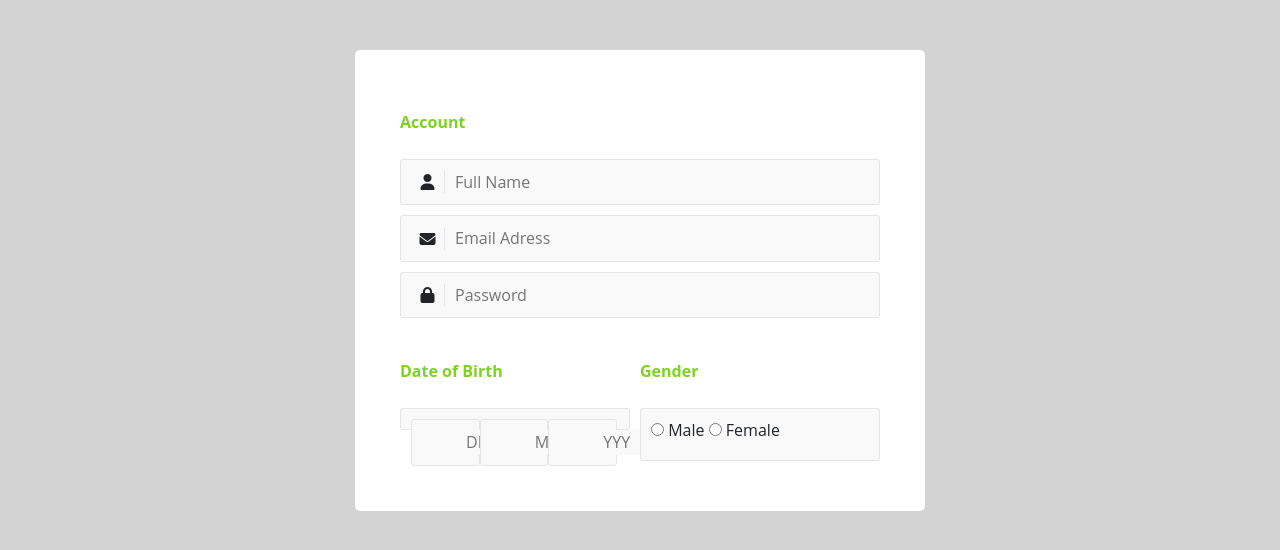
Repository: letrongtinh27/LapTrinhWeb
Page: Payment/index.html
An editor plug-in stored every save of this project. The page is shown before and after the next save, followed by the edit.
The browser window is 1280 px wide. The pictures show the whole page.

Above is the page before, as saved 2022-10-11 21:19:49.

### Payment/index.html
<!DOCTYPE html>
<html lang="en">
<head>
    <meta charset="UTF-8">
    <meta http-equiv="X-UA-Compatible" content="IE=edge">
    <meta name="viewport" content="width=device-width, initial-scale=1.0">
    <title>Document</title>
    <link rel="stylesheet" href="./reset.css">
    <link rel="stylesheet" href="./style.css">
    <link rel="stylesheet" href="https://cdn.jsdelivr.net/npm/bootstrap@4.3.1/dist/css/bootstrap.min.css" integrity="sha384-ggOyR0iXCbMQv3Xipma34MD+dH/1fQ784/j6cY/iJTQUOhcWr7x9JvoRxT2MZw1T" crossorigin="anonymous">
    <link rel="stylesheet" href="https://cdnjs.cloudflare.com/ajax/libs/font-awesome/6.2.0/css/all.min.css" integrity="sha512-xh6O/CkQoPOWDdYTDqeRdPCVd1SpvCA9XXcUnZS2FmJNp1coAFzvtCN9BmamE+4aHK8yyUHUSCcJHgXloTyT2A==" crossorigin="anonymous" referrerpolicy="no-referrer" />
</head>
<body>
    <div class="payment">
        <form action="#" class="form-payment">
            <h4 class="title">Account</h4>
            <div class="form-group">
            <div class="form-item">
                <input type="text" placeholder="Full Name">
                <div class="icon icon-name">
                    <i class="fa-solid fa-user"></i>
                </div>
            </div>
            <div class="form-item">
                <input type="email" placeholder="Email Adress">
                <div class="icon icon-email">
                    <i class="fa-solid fa-envelope"></i>
                </div>
            </div>
            <div class="form-item">
                <input type="password" placeholder="Password">
                <div class="icon icon-pass">
                    <i class="fa-solid fa-lock"></i>
                </div>
            </div>
        </div>
        <div class="form-group2">
                <div class="group-left">
                <h4 class="title">Date of Birth</h4>
                <div class="form-item">
                    <div class="col-third"> <input type="number" placeholder="DD"></div>
                    <div class="col-third"> <input type="number" placeholder="MM"></div>
                    <div class="col-third"> <input type="number" placeholder="YYY"></div>

                </div>
            </div>
            <div class="group-right">
                <h4 class="title">Gender</h4>
                <div class="form-item">
                    <input type="radio" placeholder="DD">
                    <label for="">Male</label>
                    <input type="radio" placeholder="MM">
                    <label for="">Female</label>
                </div>
            </div>
        </div>

            <!-- <div class="form-item">
                <div class="card">
                    <input type="radio"> Credit Card
                    <i class="fa-brands fa-cc-visa"></i>
                </div>
                <div class="card">
                    <input type="radio"> Paypal
                    <i class="fa-brands fa-cc-paypal"></i>
                </div>
                </div> -->
                <!-- <div class="form-item">
                    <input type="text" placeholder="Card Number">
                    <div class="icon icon-card">
                        <i class="fa-solid fa-credit-card"></i>
                    </div>
                </div> -->
                <!-- <div class="form-item">
                   <div class="left">
                    <select name="" id="">
                        <option value="">01 Jan</option>
                        <option value="">02 Jan</option>
                    </select>
                    <select name="" id="">
                        <option value="">2015</option>
                        <option value="">2016</option>
                    </select>
                   </div>
                </div> -->
                <!-- <div class="form-item">
                    <h4 class="title">Terms and Conditions</h4>
                    <input type="radio">
                    <label for="">I accept the term and conditions for signing up to this service, and here by confirm i have read the privacy policy.</label>
                </div> -->
        </form>
    </div>
</body>
</html>

### Payment/style.css
/* https://codepen.io/josecarneiro/pen/Kwbapp @import: "libs/base.less"; */
body {
    font-family: 'Open Sans',sans-serif !important;
    background-color: lightgray !important;
}
.payment{
    width: 100%;
    max-width: 570px;
    margin: 50px auto;
    justify-content: center;
    align-items: center;
    display: flex;
    border-radius: 5px;
    background-color: #fff;
    padding: 35px 45px;
}
.form-payment{
    font-family: 'Open Sans',sans-serif;
}
.title{
    color: #7ed321;
    font-size: 16px;
    font-weight: bold;
    line-height: 1.5;
    margin: 25px 0px;
}
.form-group{
    position: relative;

}
.form-item, .form-group2 .form-item .col-third {
    width: 100%;
    padding: 10px;
    line-height: 1.4;
    border: 1px solid #e5e5e5;
    border-radius: 3px;
    background-color: #f9f9f9;
    margin-bottom: 10px;
}

.form-item > input, .col-third > input{
    padding-left: 44px;
    border: 0;
    outline: none;
    background-color: #f9f9f9;
    margin: 0 auto;
}


.icon {
    display: block;
    position: absolute;
    width: 34px;
    text-align: center;
    border-right: 1px solid #e5e5e5;
}
.icon-name{
    top: 12px;
}
.icon-email{
    top: 69px;
}

.icon-pass {
    top: 125px;
}

.icon-card {
    top: 777px;
}

.form-group2 {
    display: block;
    width: 100%;
    height: 125px;
}

.group-left{
    padding-right: 10px;
    width: 50%;
    float: left;
}
.group-right{
    width: 50%;
    float: left;

}
.form-group2 .form-item .col-third{
    padding-right: 10px;
    float: left;
    width: 33%;
}

.card{

}
.right{

}
.left{

}

Loaded but not shown: Payment/reset.css (common file)

After the next save:
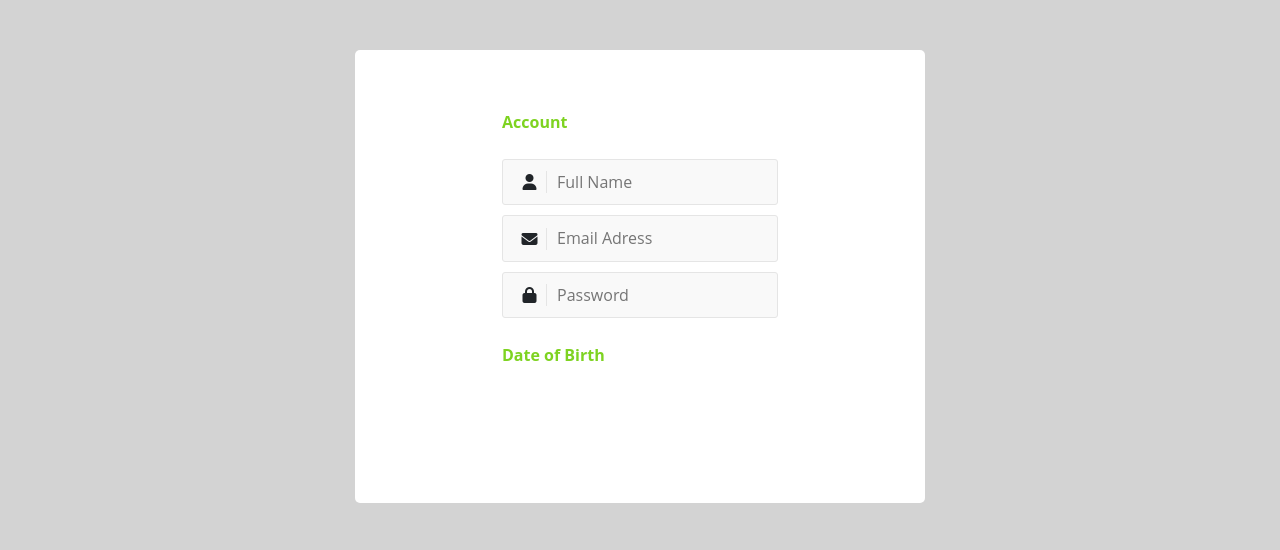
Saved 2 min 14 s later.
--- a/Payment/index.html
+++ b/Payment/index.html
@@ -35,24 +35,10 @@
             </div>
         </div>
         <div class="form-group2">
-                <div class="group-left">
+            <div class="date">
                 <h4 class="title">Date of Birth</h4>
-                <div class="form-item">
-                    <div class="col-third"> <input type="number" placeholder="DD"></div>
-                    <div class="col-third"> <input type="number" placeholder="MM"></div>
-                    <div class="col-third"> <input type="number" placeholder="YYY"></div>
+            </div>
 
-                </div>
-            </div>
-            <div class="group-right">
-                <h4 class="title">Gender</h4>
-                <div class="form-item">
-                    <input type="radio" placeholder="DD">
-                    <label for="">Male</label>
-                    <input type="radio" placeholder="MM">
-                    <label for="">Female</label>
-                </div>
-            </div>
         </div>
 
             <!-- <div class="form-item">
